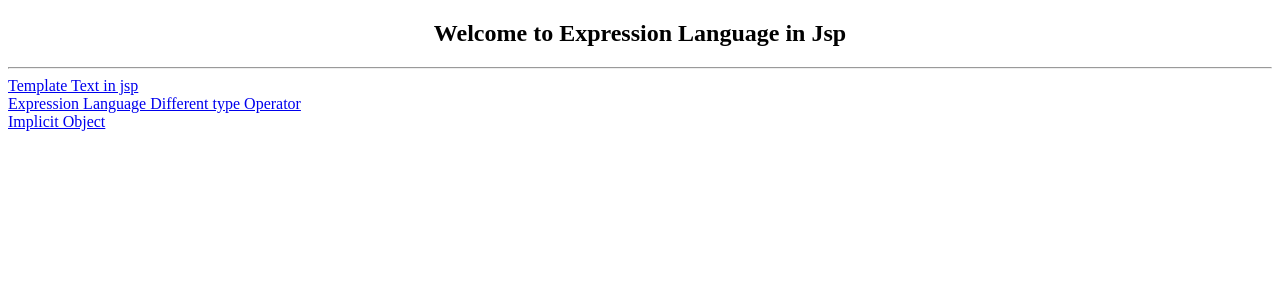
Repository: imrangthub/BlogUsingCoreJava
Page: http://localhost/StartingJsp_00/ExpressionLanguageOfJsp/index.jsp
These files come from the project's save history. The page is drawn as it stood at one moment and after the next save; the edit follows.
The browser window is 1280 px wide. The pictures show the whole page.
The page is served by Tomcat 9. Other server files are loaded and not shown.

Above is the page before, as saved 2016-12-25 13:42:23.

### StartingJsp_00/WebContent/ExpressionLanguageOfJsp/index.jsp
<%@ page language="java" contentType="text/html; charset=ISO-8859-1"
    pageEncoding="ISO-8859-1"%>
<!DOCTYPE html PUBLIC "-//W3C//DTD HTML 4.01 Transitional//EN" "http://www.w3.org/TR/html4/loose.dtd">
<html>
<head>
<meta http-equiv="Content-Type" content="text/html; charset=ISO-8859-1">
<title>Expression Lan</title>
</head>
<body>
<h2 align="center">Welcome to Expression Language in Jsp</h2>
<hr/>
<a href="templateText.jsp">Template Text in jsp</a><br/>
<a href="expLanOperator.jsp">Expression Language Different type Operator</a><br/>
<a href="implicitObjectOrBiltinObj.jsp">Implicit Object</a>

</body>
</html>

After the next save:
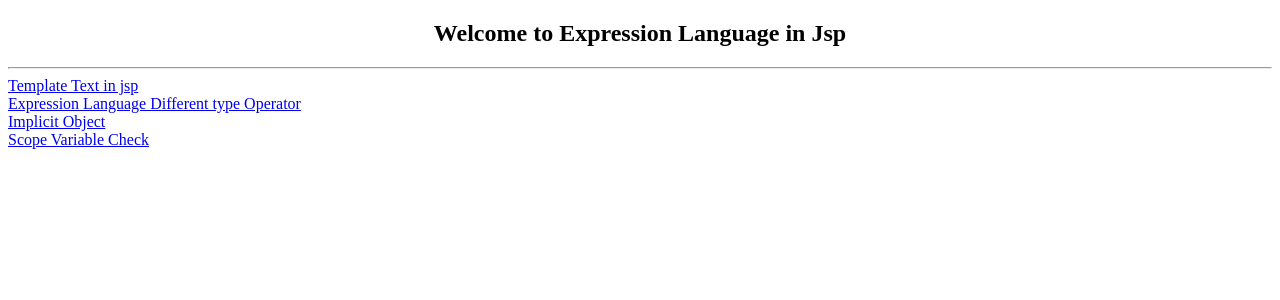
Saved 22 s later.
--- a/StartingJsp_00/WebContent/ExpressionLanguageOfJsp/index.jsp
+++ b/StartingJsp_00/WebContent/ExpressionLanguageOfJsp/index.jsp
@@ -11,7 +11,8 @@
 <hr/>
 <a href="templateText.jsp">Template Text in jsp</a><br/>
 <a href="expLanOperator.jsp">Expression Language Different type Operator</a><br/>
-<a href="implicitObjectOrBiltinObj.jsp">Implicit Object</a>
+<a href="implicitObjectOrBiltinObj.jsp">Implicit Object</a><br/>
+<a href="../scopeVarCheck">Scope Variable Check</a>
 
 </body>
 </html>
